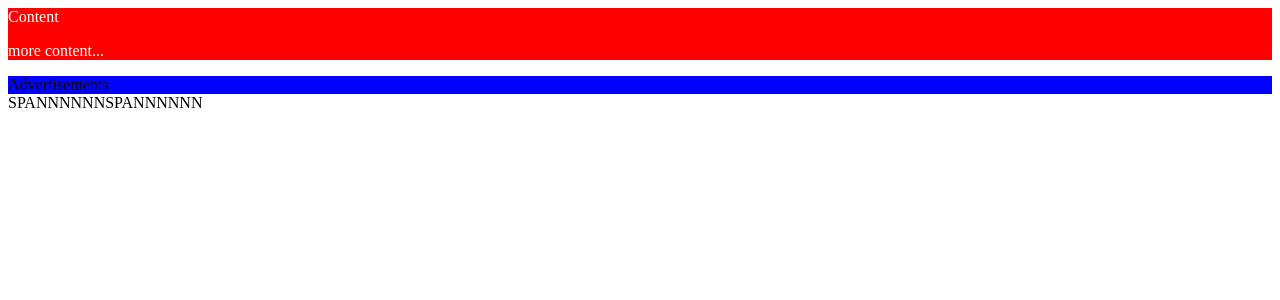
Repository: Peacepapi/1702Java
Page: web/src/main/webapp/divisions.html
The author's editor kept a copy of each file at every save. The page is drawn from the files as they stood at one save, then again after the next save.
The browser window is 1280 px wide. The pictures show the whole page.

Above is the page before, as saved 2017-02-24 15:07:17.

After the next save:
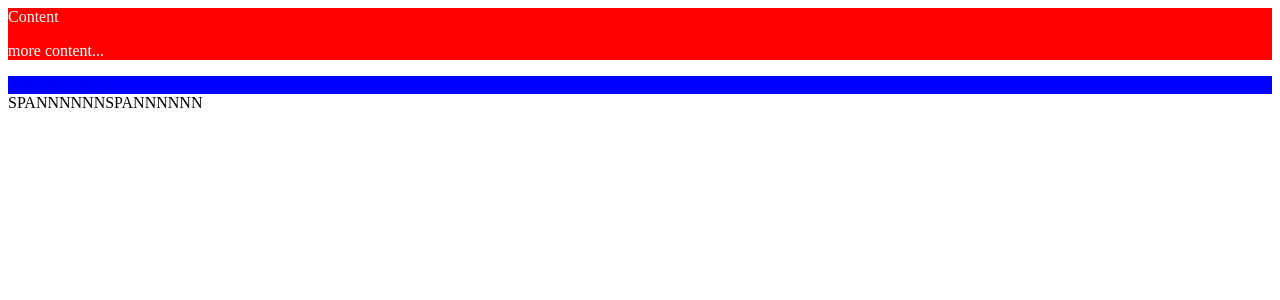
Saved 110 s later.
--- a/web/src/main/webapp/divisions.html
+++ b/web/src/main/webapp/divisions.html
@@ -17,7 +17,8 @@
 
 <div id="a">Content
 	<p>more content... </p>
-</div><div id="b">Advertisements</div>
+</div><div id="b">
+	<a href="google.com">Advertisements</a>  </div>
 <span>SPANNNNNN</span><span>SPANNNNNN</span>
 </body>
 </html>
